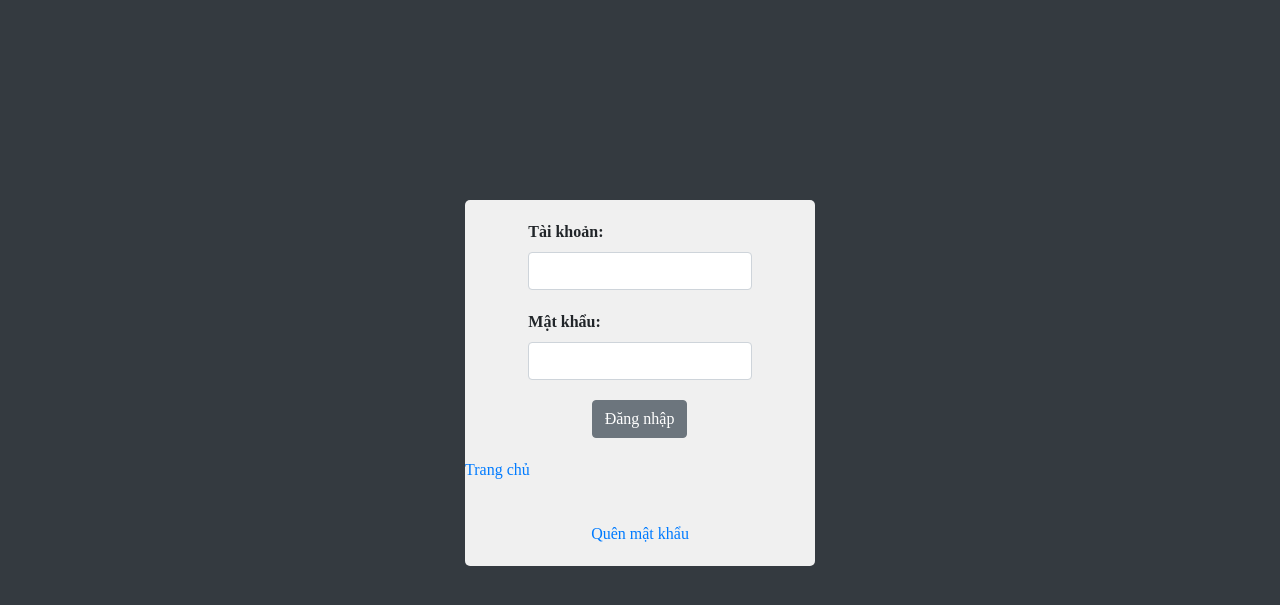
Repository: cuongnh2k/phimmoi
Page: http://localhost/phimmoi/Login.jsp
An editor plug-in stored every save of this project. The page is shown before and after the next save, followed by the edit.
The browser window is 1280 px wide. The pictures show the whole page.
Some web fonts or font styles are not loaded; a fallback is used. The page is served by Tomcat 9. Nobody is signed in. The application's start-up code is not run.

Above is the page before, as saved 2021-08-23 02:59:12.

After the next save:
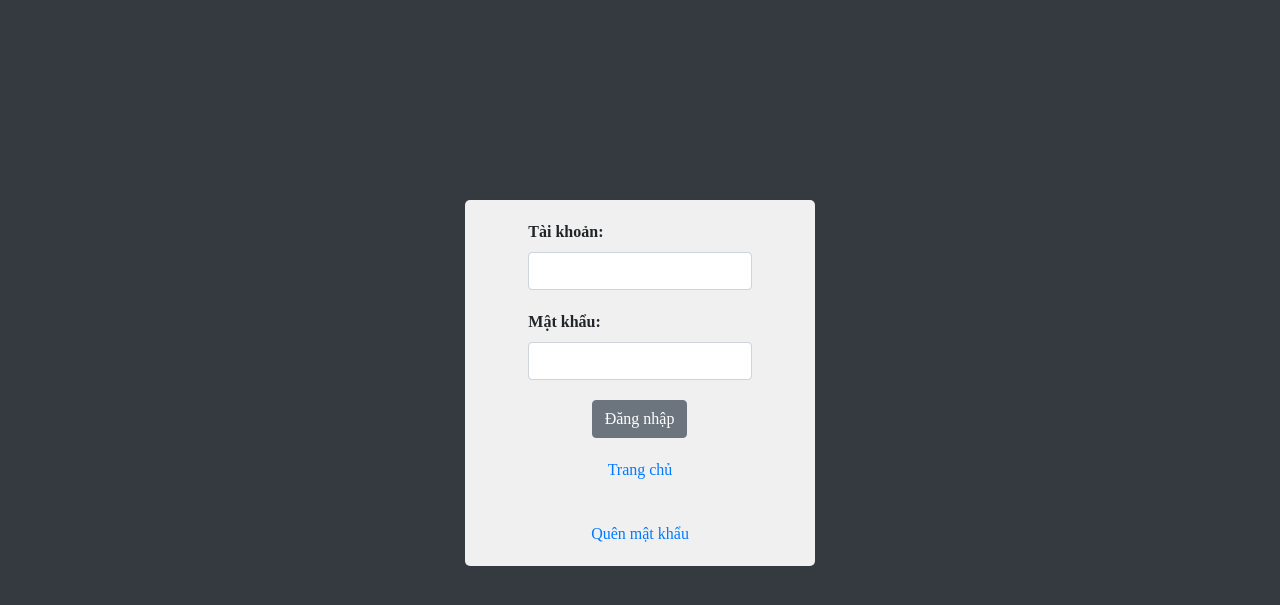
Saved 18 s later.
--- a/phimmoi/src/main/webapp/Login.jsp
+++ b/phimmoi/src/main/webapp/Login.jsp
@@ -94,7 +94,7 @@
 					<input type="submit" value="Đăng nhập" class="btn btn-secondary">
 				</div>
 				<div class="col-4"></div>
-				<div class="col-12" style="margin-top: 20px; margin-bottom: 20px;">
+				<div class="col-12 text-center" style="margin-top: 20px; margin-bottom: 20px;">
 					<a href="home" class="text-center">Trang chủ</a>
 				</div>
 				<div class="col-12 text-center" style="margin-top: 20px; margin-bottom: 20px;">
